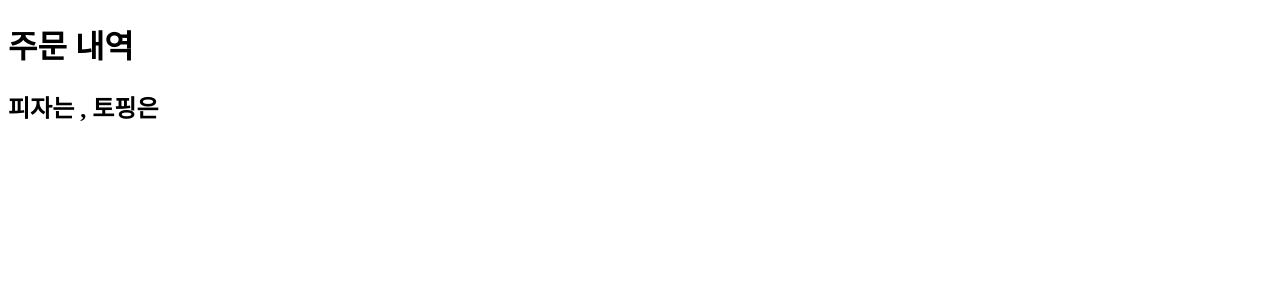
Repository: chuhj1226/servlet
Page: http://localhost/2_JSP/views/05_pizzaPayment.jsp
These files come from the project's save history. The page is drawn as it stood at one moment and after the next save; the edit follows.
The browser window is 1280 px wide. The pictures show the whole page.
The page is served by Tomcat 9. Other server files are loaded and not shown.

Above is the page before, as saved 2021-10-05 11:03:06.

### workspace/2_JSP/WebContent/views/05_pizzaPayment.jsp
<%@ page language="java" contentType="text/html; charset=UTF-8"
    pageEncoding="UTF-8"%>
<!DOCTYPE html>
<html>
<head>
<meta charset="UTF-8">
<title>Insert title here</title>
</head>
<body>
	<h1>주문 내역</h1>
	<h2>
		피자는 <span id='pizza'></span>,
		토핑은 <span id='topping'></span>
	</h2>

</body>
</html>

After the next save:
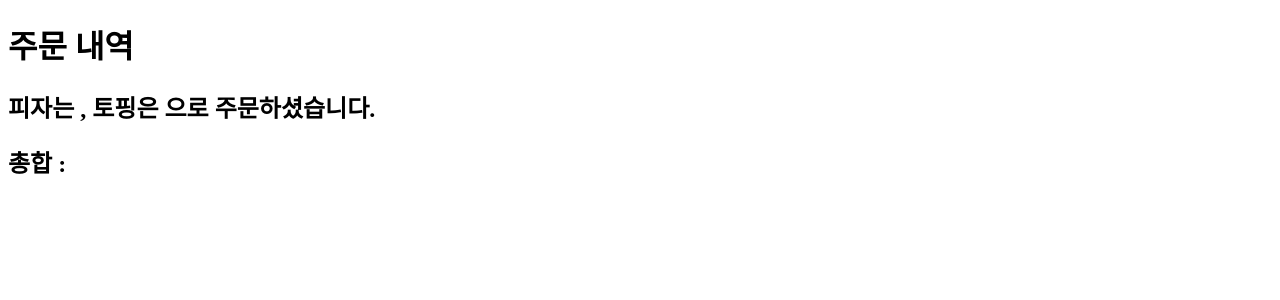
Saved 31 s later.
--- a/workspace/2_JSP/WebContent/views/05_pizzaPayment.jsp
+++ b/workspace/2_JSP/WebContent/views/05_pizzaPayment.jsp
@@ -10,8 +10,10 @@
 	<h1>주문 내역</h1>
 	<h2>
 		피자는 <span id='pizza'></span>,
-		토핑은 <span id='topping'></span>
+		토핑은 <span id='topping'></span>으로
+		주문하셨습니다.
 	</h2>
+	<h2>총합 : <span id='total'></span></h2>
 
 </body>
 </html>
